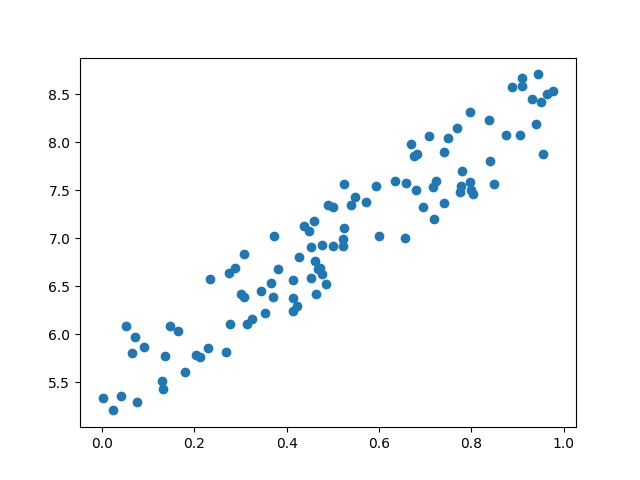
Repository: eieioF11/Python
Script's output: python project/python_sample/Machinelearning.py
These files come from the project's save history. The script's output is drawn as it stood at one moment and after a run of saves; the edit follows.
Random numbers start from a fixed seed.

Above is the script's output before, as saved 2020-05-23 18:23:10.

### project/python_sample/Machinelearning.py
import numpy as np
import matplotlib.pyplot as plt
from sklearn.linear_model import LinearRegression

X = np.random.rand(100,1)

Y = 5 + 3 * X + np.random.rand(100,1)


lin_reg = LinearRegression().fit(X,Y.ravel())

print(lin_reg.intercept_,lin_reg.coef_)

X_new =  np.array([[0],[1]])

plt.plot()
plt.scatter(X,Y)
plt.show()

After the next 5 saves:
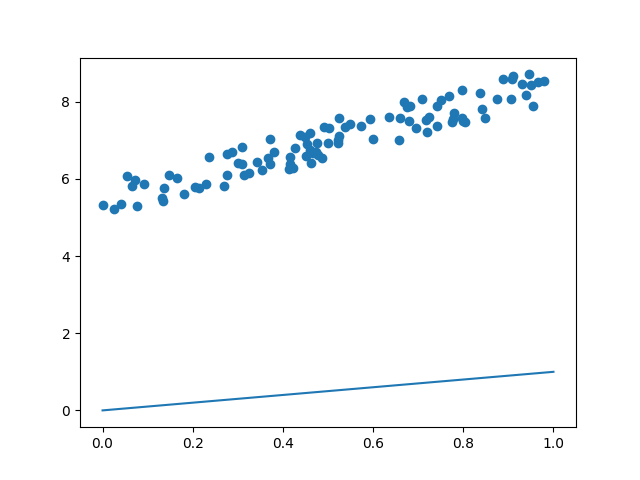
The 5 saves are shown as one change because 1 did not build or start and some came seconds apart.
The last was saved 22 s later.
--- a/project/python_sample/Machinelearning.py
+++ b/project/python_sample/Machinelearning.py
@@ -13,6 +13,6 @@ print(lin_reg.intercept_,lin_reg.coef_)
 
 X_new =  np.array([[0],[1]])
 
-plt.plot()
+plt.plot(X_new,)
 plt.scatter(X,Y)
 plt.show()
